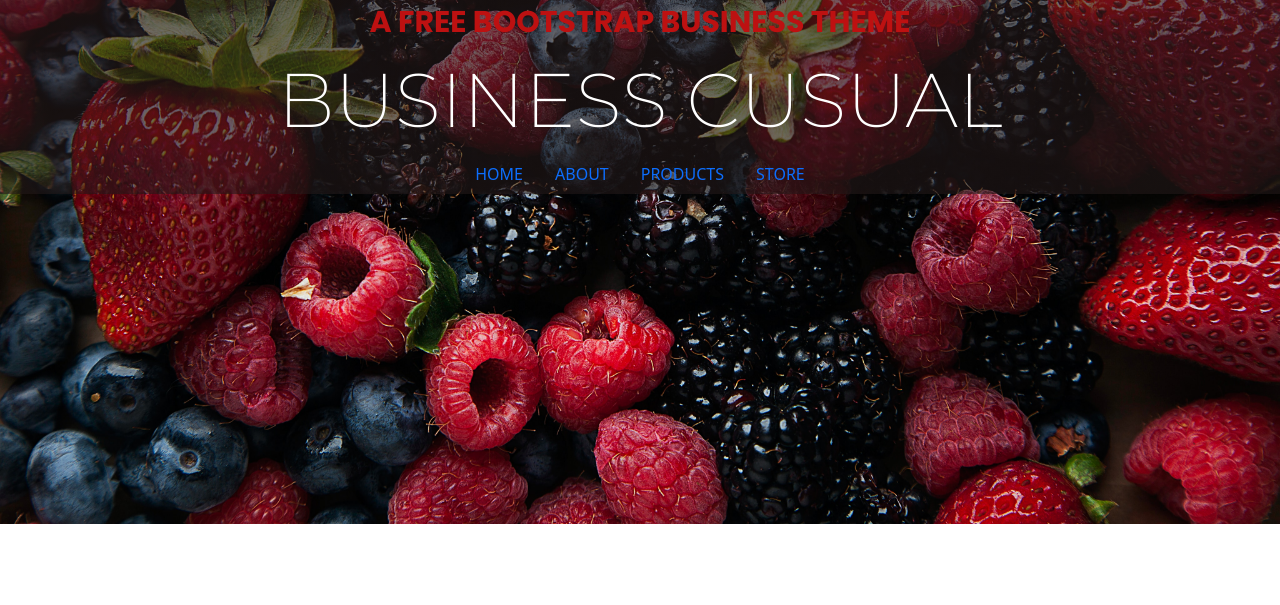
Repository: wadelfadill/tache_7_Business_bootstrap_theme
Page: index.html
An editor plug-in stored every save of this project. The page is shown before and after the next save, followed by the edit.
The browser window is 1280 px wide. The pictures show the whole page.

Above is the page before, as saved 2023-04-27 12:23:18.

### index.html
<!DOCTYPE html>
<html lang="en">
<head>
    <meta charset="UTF-8">
    <meta http-equiv="X-UA-Compatible" content="IE=edge">
    <meta name="viewport" content="width=device-width, initial-scale=1.0">
    <!------ title of website ------>
    <title>Business website</title>
    <!------ Bootstrap cdn link ------>
    <link href="https://cdn.jsdelivr.net/npm/bootstrap@5.1.3/dist/css/bootstrap.min.css" rel="stylesheet" integrity="sha384-1BmE4kWBq78iYhFldvKuhfTAU6auU8tT94WrHftjDbrCEXSU1oBoqyl2QvZ6jIW3" crossorigin="anonymous">
    <!------- css link -------------->
    <link rel="stylesheet" href="style.css">
    <!---------Google Fonts links ---------->
    <link rel="preconnect" href="https://fonts.googleapis.com">
    <link rel="preconnect" href="https://fonts.gstatic.com" crossorigin>
    <link href="https://fonts.googleapis.com/css2?family=Montserrat:wght@100;200;400;700&family=Poppins:wght@700&display=swap" rel="stylesheet">

</head>
<body>
    <!-- ========== Start Header Section ========== -->
    <header id="header">
        <h2 class="first_title text-center">A FREE BOOTSTRAP BUSINESS THEME</h2>
        <h1 class="second_title text-center">BUSINESS CUSUAL</h1>
        <!-- ========== Start navbar  Section ========== -->
        <nav>
            <div class="container">
                <ul class="nav justify-content-center">
                    <li class="nav-item">
                      <a class="nav-link active" aria-current="page" href="index.html">HOME</a>
                    </li>
                    <li class="nav-item">
                      <a class="nav-link" href="about.html">ABOUT</a>
                    </li>
                    <li class="nav-item">
                      <a class="nav-link" href="product.html">PRODUCTS</a>
                    </li>
                    <li class="nav-item">
                      <a class="nav-link" href="store.html">STORE</a>
                    </li>
                </ul>
            </div>
        </nav>
        <!-- ========== End navbar  Section ========== -->
    </header>
    <!-- ========== End Header Section ========== -->





    <!------ Bootstrap script -------->
    <script src="https://cdn.jsdelivr.net/npm/bootstrap@5.1.3/dist/js/bootstrap.bundle.min.js" integrity="sha384-ka7Sk0Gln4gmtz2MlQnikT1wXgYsOg+OMhuP+IlRH9sENBO0LRn5q+8nbTov4+1p" crossorigin="anonymous"></script>
</body>
</html>

### style.css
/* ===== General ====== */

:root{
    --red-color: #BD1111;
    --bg-red:#490909;
    --white-color: #FFFFFF;
    --black-color: #000000;
    --bg-beize:#F6E1C5;
    --bg-red-black: #311919;
    --bg-red-opac:rgba(165, 52, 43, 0.69);
    --red-border: #CD5449;
}
*{
    margin: 0;
    padding: 0;
}
body{
    padding: 0;
    margin: 0;
    background-image: linear-gradient(rgba(34, 24, 24, 0.6), rgba(34, 24, 24, 0.6)), url("images/1.jpeg");
    background-position: center;
    background-size: cover;
    background-repeat: no-repeat;
}
/* ===== squelette ====== */
/* ===== header section ====== */
#header .first_title{
    font-family: 'Poppins';
    font-style: normal;
    font-weight: 700;
    font-size: 30px;
    line-height: 45px;
    color: var(--red-color);
}
#header .second_title{
    font-family: 'Montserrat';
    font-style: normal;
    font-weight: 200;
    font-size: 76px;
    line-height: 93px;
    color: var(--white-color);
}

After the next save:
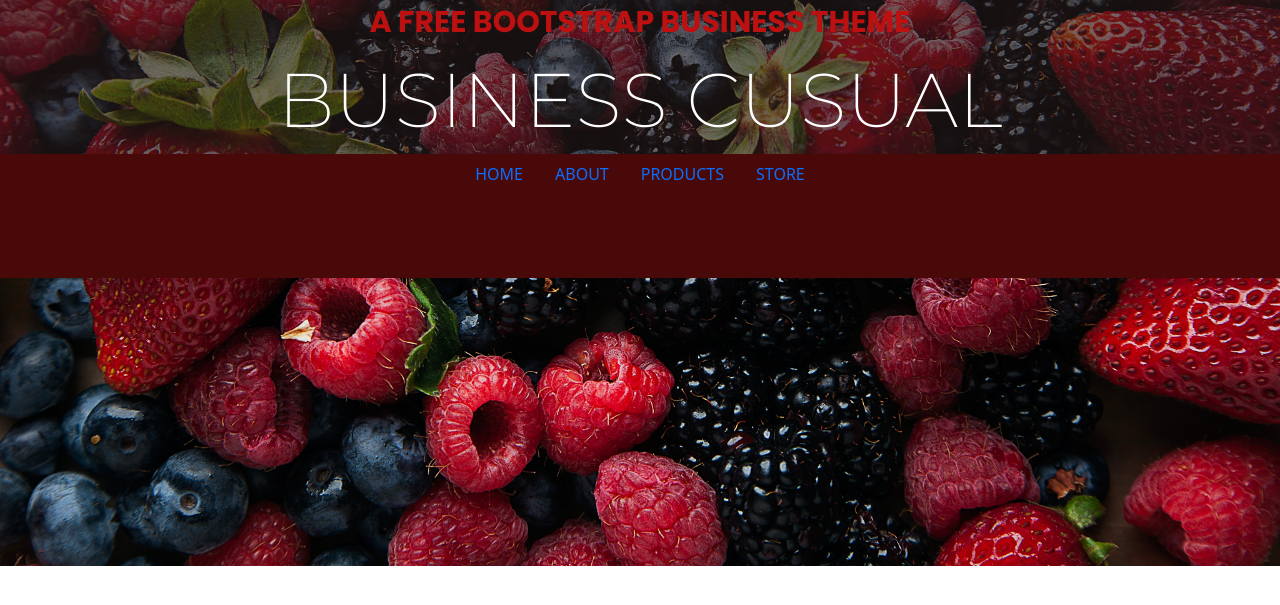
Saved 60 s later.
--- a/style.css
+++ b/style.css
@@ -24,6 +24,7 @@ body{
 }
 /* ===== squelette ====== */
 /* ===== header section ====== */
+/* ===== header titles ======= */
 #header .first_title{
     font-family: 'Poppins';
     font-style: normal;
@@ -40,3 +41,8 @@ body{
     line-height: 93px;
     color: var(--white-color);
 }
+/* ====== header navbar ======*/
+#header nav{
+    background: var(--bg-red);
+    height: 124px;
+}
